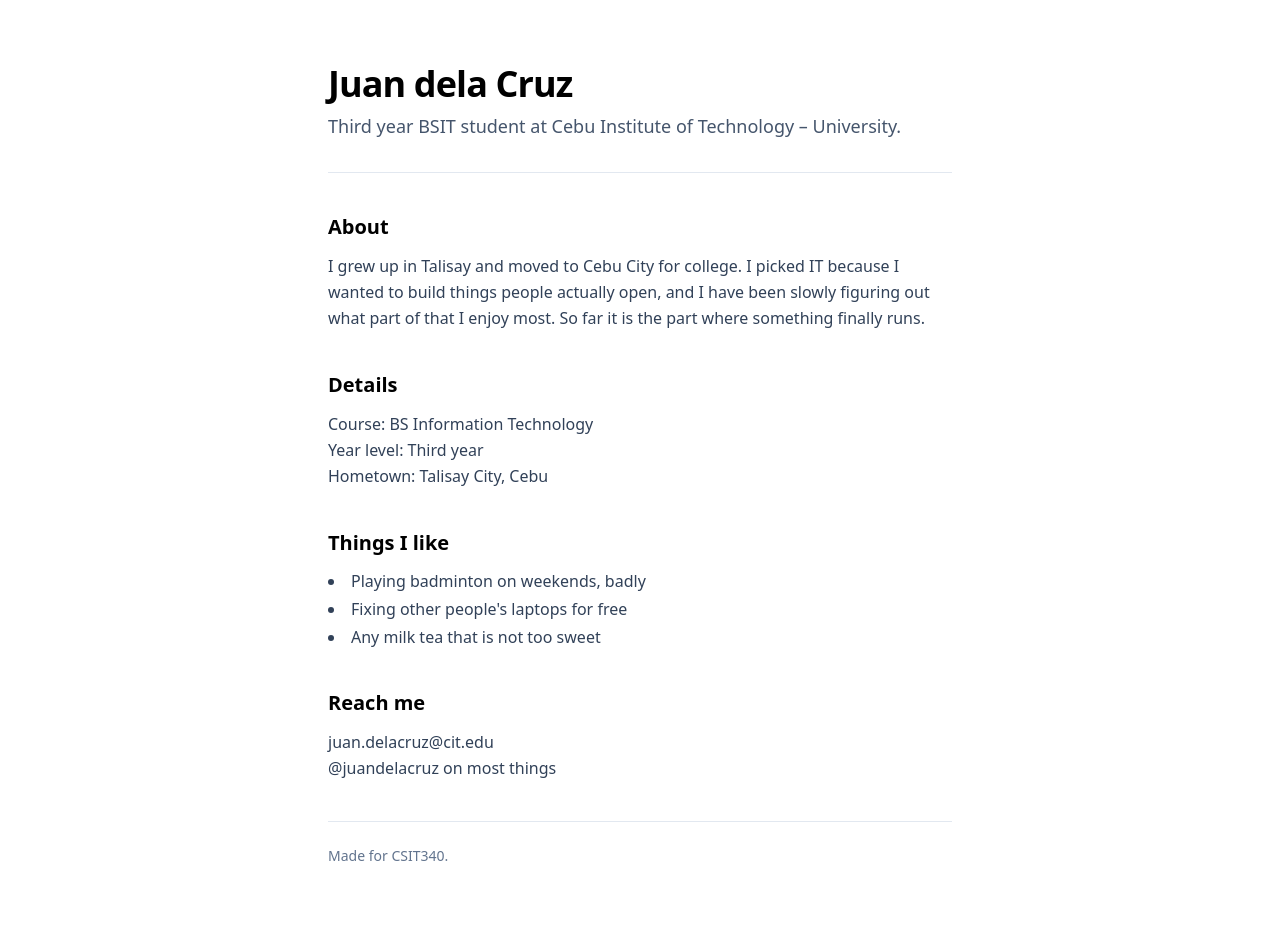
Repository: nicole-galan/CSIT340-Lab1-Galan
Page: /
The author's editor kept a copy of each file at every save. The page is drawn from the files as they stood at one save, then again after the next save.
The browser window is 1280 px wide. The pictures show the whole page.
The project was rebuilt for these pictures with package versions that can differ from the ones it lists, and the page was loaded fresh each time. Also part of the build but not shown: vite.config.js.

Above is the page before, as saved 2026-09-04 16:27:28.

### index.html
<!doctype html>
<html lang="en">
  <head>
    <meta charset="UTF-8" />
    <link rel="icon" type="image/svg+xml" href="/favicon.svg" />
    <meta name="viewport" content="width=device-width, initial-scale=1.0" />
    <title>csit340-lab1</title>
  </head>
  <body>
    <div id="root"></div>
    <script type="module" src="/src/main.jsx"></script>
  </body>
</html>

### src/App.jsx
function App() {
  return (
    <>
      <header className="max-w-2xl mx-auto px-6 pt-16">
        <h1 className="text-4xl font-semibold tracking-tight">Juan dela Cruz</h1>
        <p className="mt-2 text-lg text-slate-600">
          Third year BSIT student at Cebu Institute of Technology – University.
        </p>
        <hr className="mt-8 border-slate-200" />
      </header>

      <main className="max-w-2xl mx-auto px-6 py-10">
        <section className="mb-10">
          <h2 className="text-xl font-semibold mb-3">About</h2>
          <p className="leading-relaxed text-slate-700">
            I grew up in Talisay and moved to Cebu City for college. I picked IT
            because I wanted to build things people actually open, and I have been
            slowly figuring out what part of that I enjoy most. So far it is the
            part where something finally runs.
          </p>
        </section>

        <section className="mb-10">
          <h2 className="text-xl font-semibold mb-3">Details</h2>
          <p className="leading-relaxed text-slate-700">
            Course: BS Information Technology
            <br />
            Year level: Third year
            <br />
            Hometown: Talisay City, Cebu
          </p>
        </section>

        <section className="mb-10">
          <h2 className="text-xl font-semibold mb-3">Things I like</h2>
          <ul className="list-disc list-inside space-y-1 text-slate-700">
            <li>Playing badminton on weekends, badly</li>
            <li>Fixing other people's laptops for free</li>
            <li>Any milk tea that is not too sweet</li>
          </ul>
        </section>

        <section>
          <h2 className="text-xl font-semibold mb-3">Reach me</h2>
          <p className="leading-relaxed text-slate-700">
            juan.delacruz@cit.edu
            <br />
            @juandelacruz on most things
          </p>
        </section>
      </main>

      <section className="max-w-2xl mx-auto px-6 pb-16">
        <hr className="mb-6 border-slate-200" />
        <p className="text-sm text-slate-500">Made for CSIT340.</p>
      </section>
    </>
  )
}

export default App

Loaded but not shown: src/main.jsx (common file); src/index.css (common file)

After the next save:
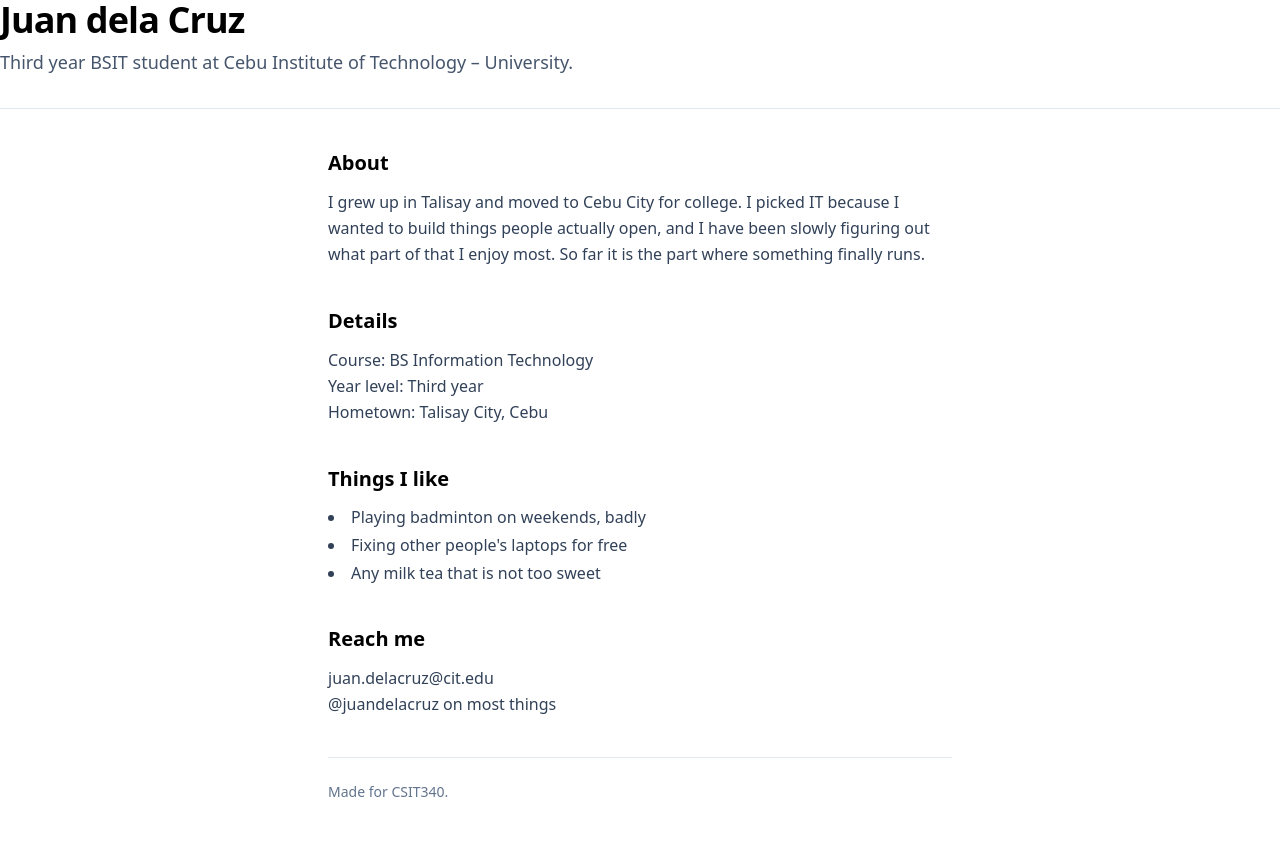
Saved 82 s later.
--- a/src/App.jsx
+++ b/src/App.jsx
@@ -1,7 +1,7 @@
 function App() {
   return (
     <>
-      <header className="max-w-2xl mx-auto px-6 pt-16">
+      <header>
         <h1 className="text-4xl font-semibold tracking-tight">Juan dela Cruz</h1>
         <p className="mt-2 text-lg text-slate-600">
           Third year BSIT student at Cebu Institute of Technology – University.

After the save that followed:
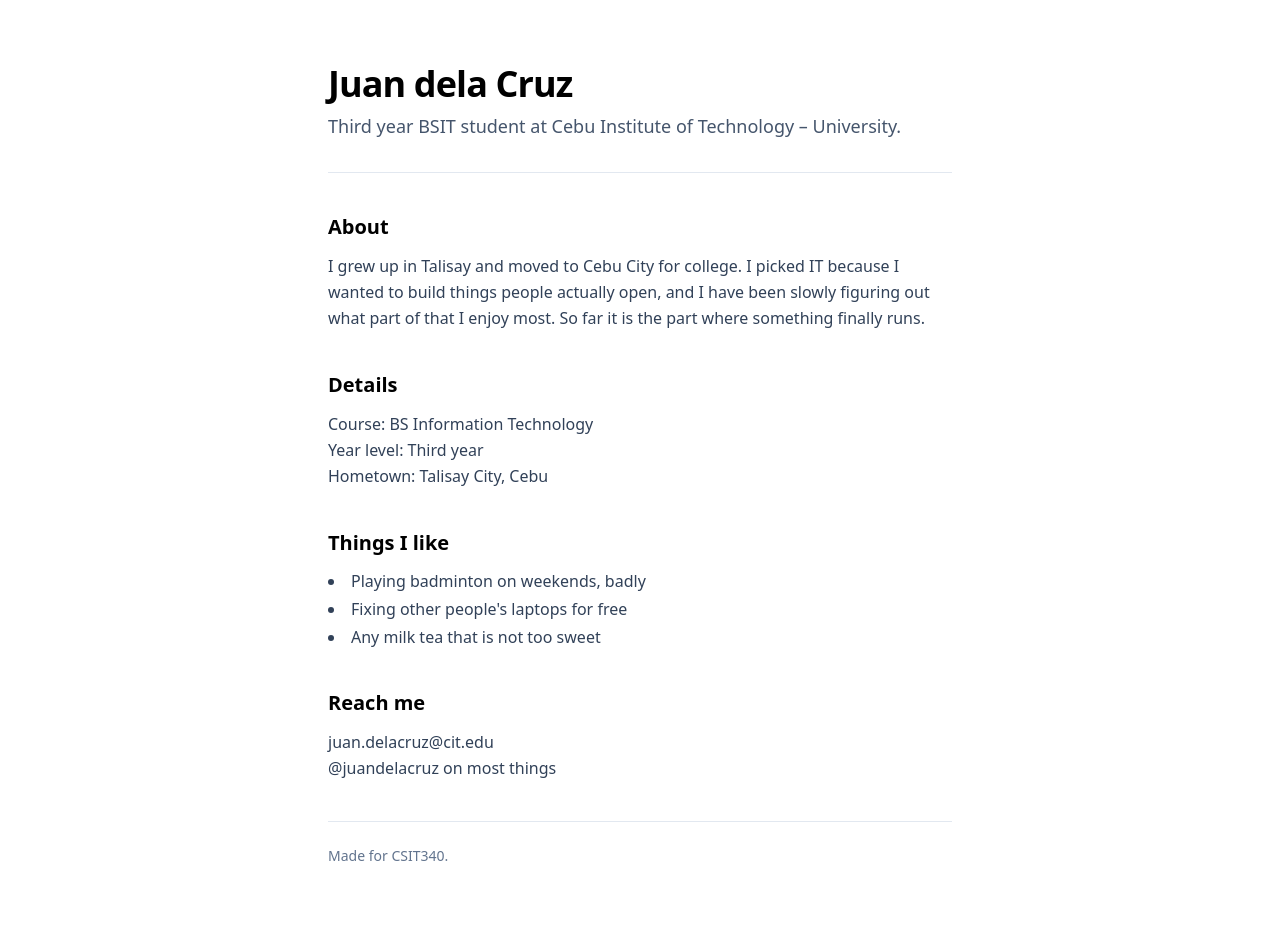
Saved 9 s later.
--- a/src/App.jsx
+++ b/src/App.jsx
@@ -1,7 +1,7 @@
 function App() {
   return (
     <>
-      <header>
+      <header className="max-w-2xl mx-auto px-6 pt-16">
         <h1 className="text-4xl font-semibold tracking-tight">Juan dela Cruz</h1>
         <p className="mt-2 text-lg text-slate-600">
           Third year BSIT student at Cebu Institute of Technology – University.
